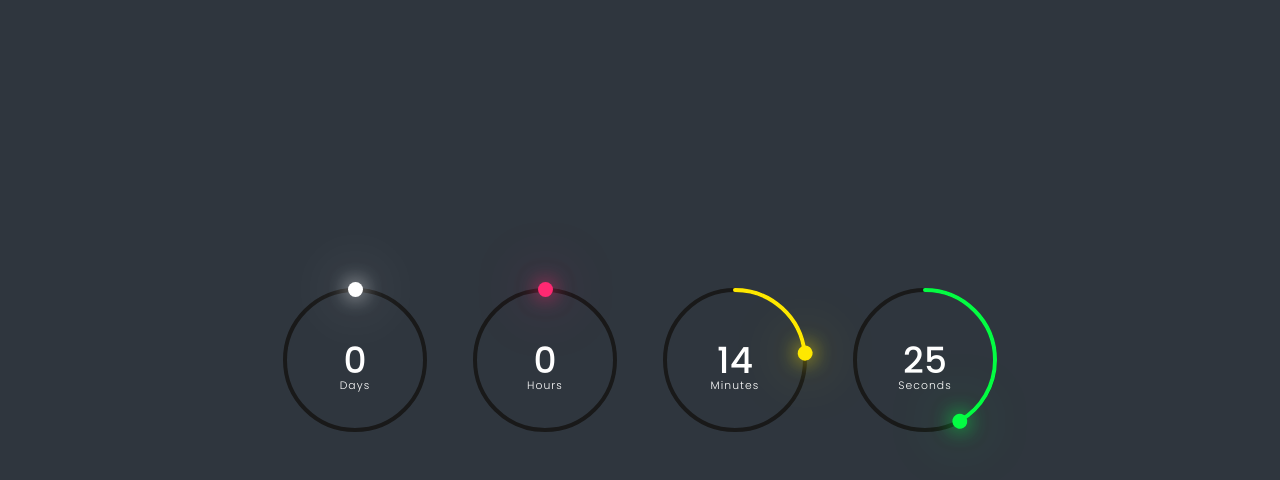
Repository: northpx/happyNY
Page: index.html
The author's editor kept a copy of each file at every save. The page is drawn from the files as they stood at one save, then again after the next save.
The browser window is 1280 px wide. The pictures show the whole page.

Above is the page before, as saved 2022-12-31 13:39:09.

After the next save:
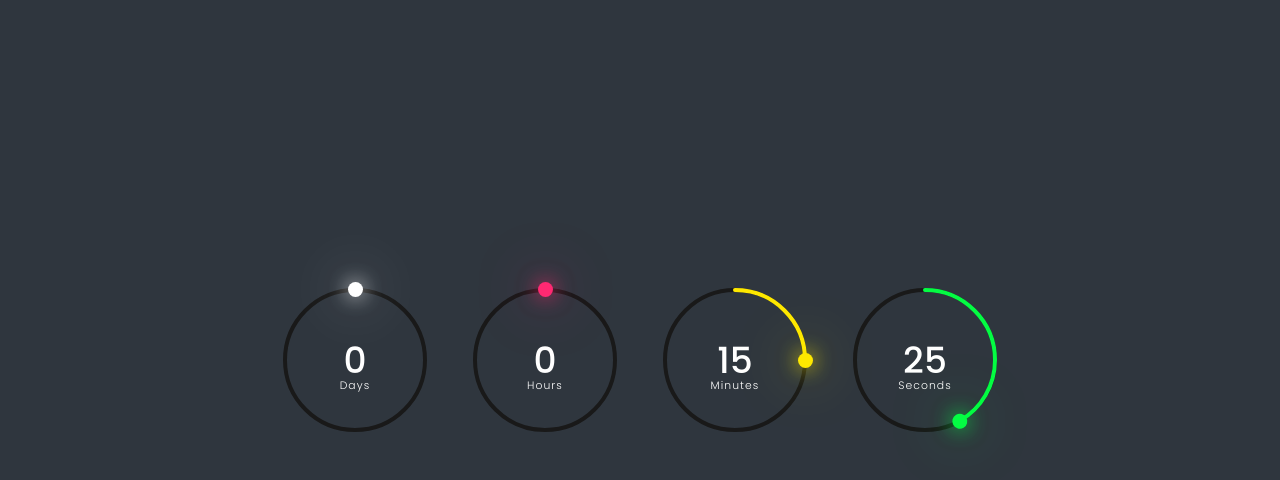
Saved 12 s later.
--- a/index.html
+++ b/index.html
@@ -244,7 +244,7 @@
         let min_dot = document.querySelector(".min_dot")
         let sec_dot = document.querySelector(".sec_dot")
 
-        let endDate = '12/31/2022 13:41:00'
+        let endDate = '12/31/2022 13:42:00'
 
         let x = setInterval(function(){
             let now = new Date(endDate).getTime();
